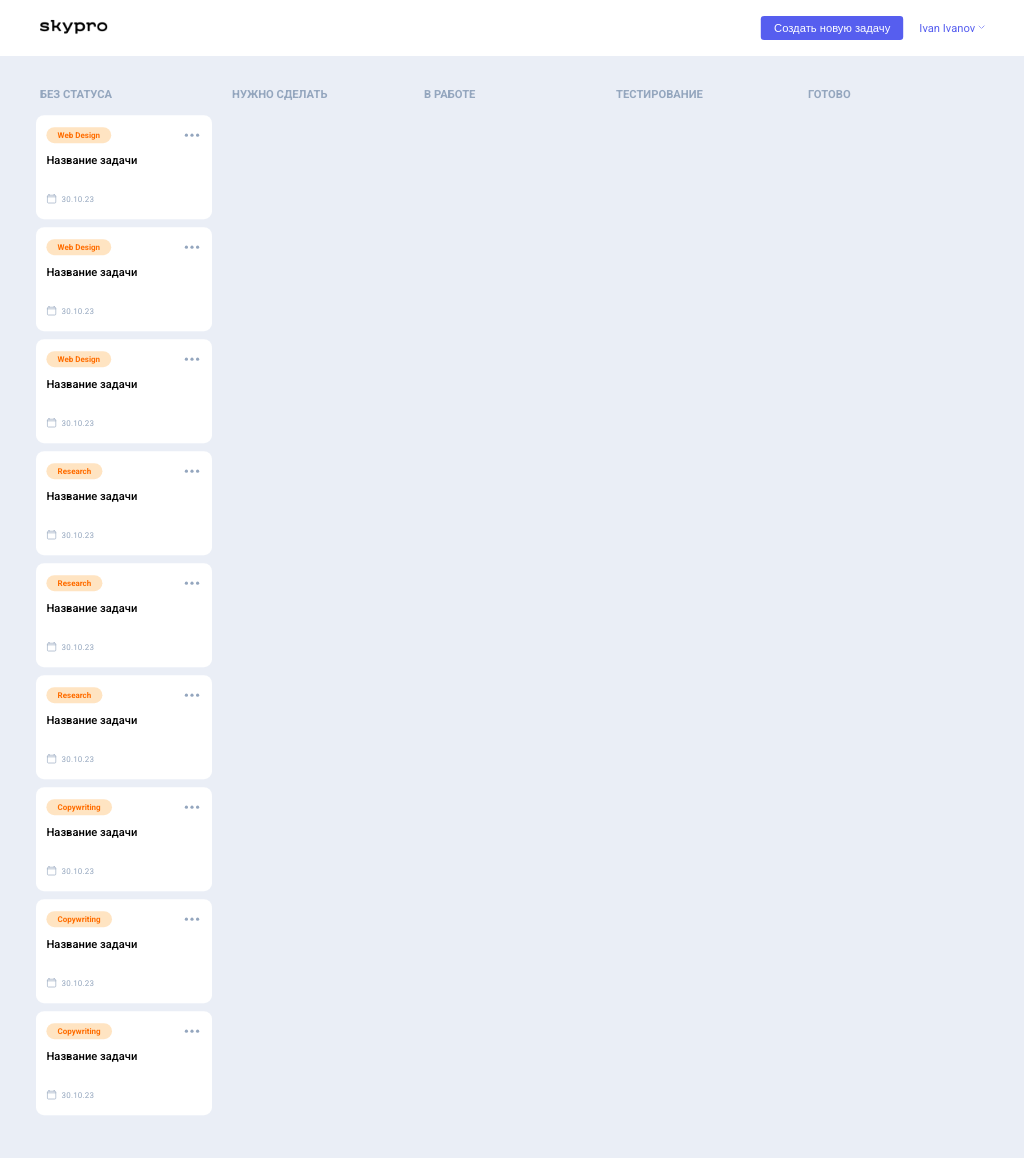
Repository: Olchik-resh/skypro-kanban
Page: /
An editor plug-in stored every save of this project. The page is shown before and after the next save, followed by the edit.
The browser window is 1280 px wide. The pictures show the whole page, at 80% of full size.
The project was rebuilt for these pictures with package versions that can differ from the ones it lists, and the page was loaded fresh each time. Also part of the build but not shown: vite.config.js.

Above is the page before, as saved 2025-07-27 14:08:22.

After the next save:
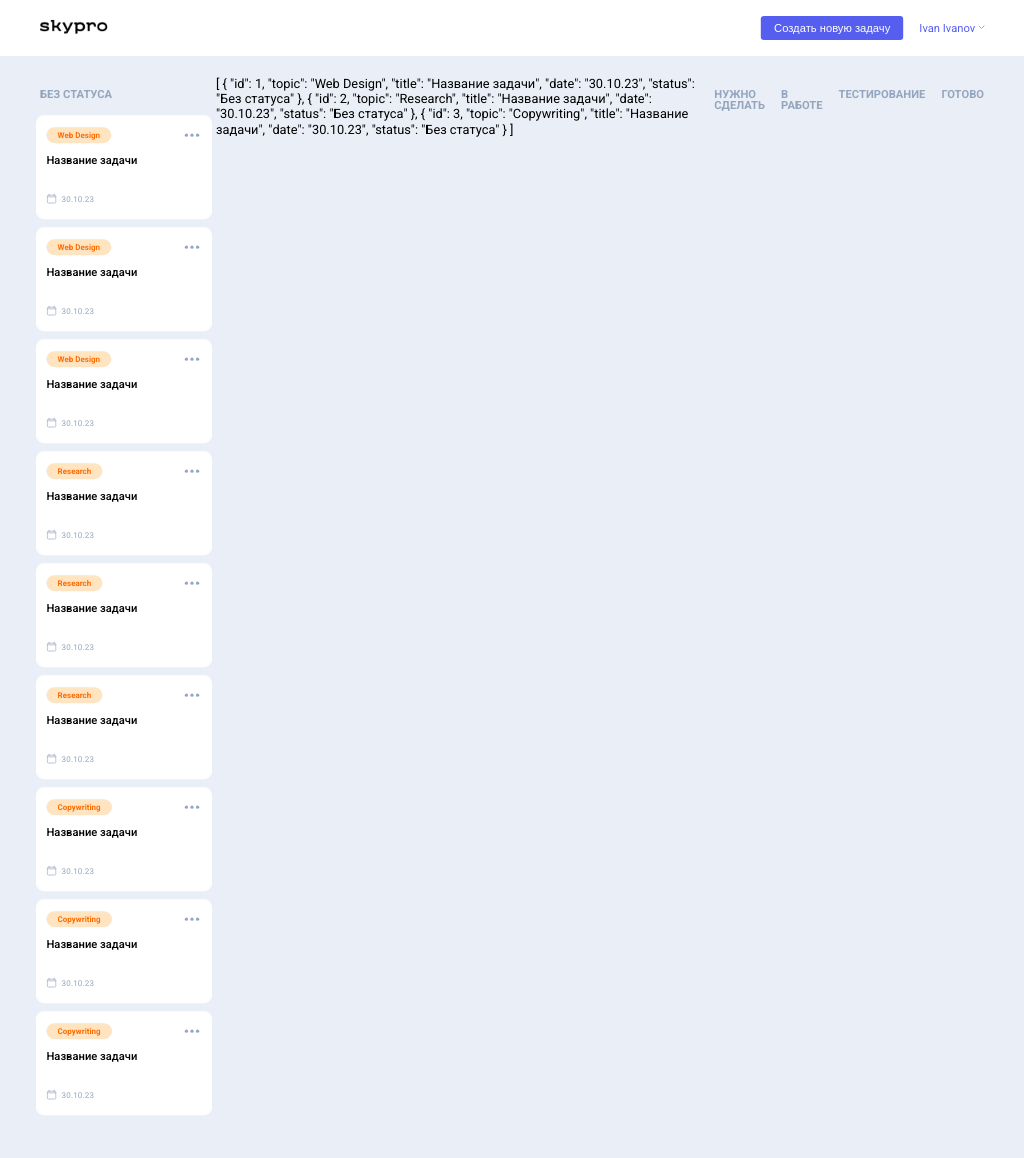
Saved 9 min 41 s later.
--- a/src/components/TaskDesk.vue
+++ b/src/components/TaskDesk.vue
@@ -4,6 +4,7 @@
       <div class="main__block">
         <div class="main__content">
           <TaskColumn :tasks="noStatusTask" title="Без статуса" />
+          {{ noStatusTask }}
           <TaskColumn :tasks="doStatusTask" title="Нужно сделать" />
           <TaskColumn :tasks="workStatusTask" title="В работе" />
           <TaskColumn :tasks="testStatusTask" title="Тестирование" />
